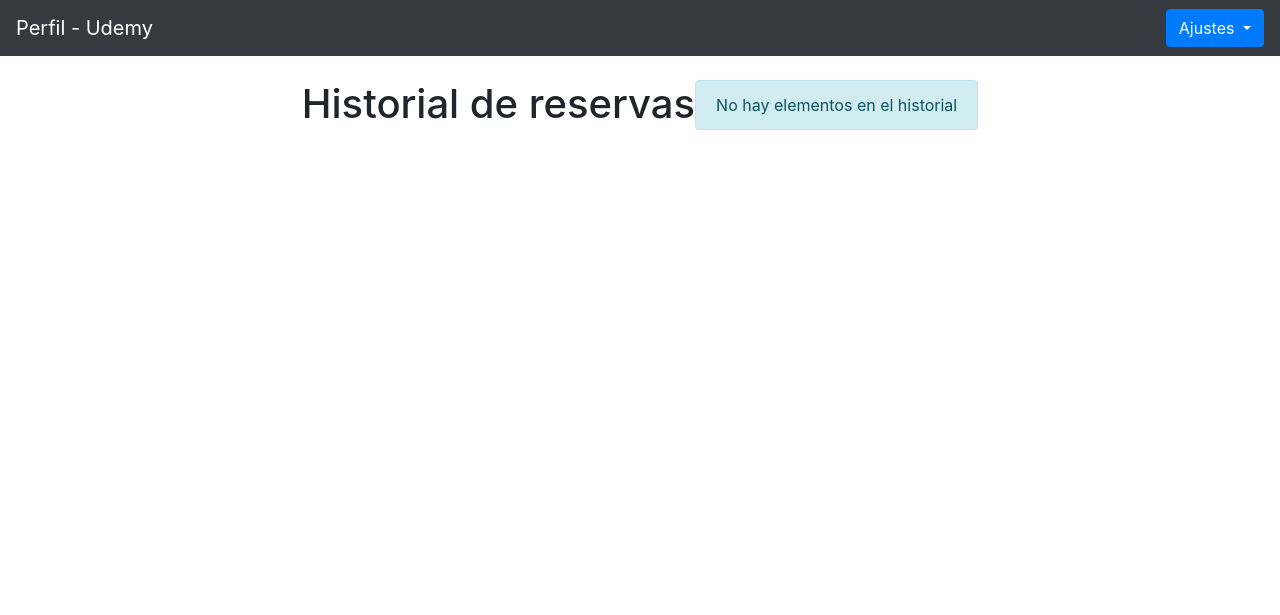
Repository: Enrique-git-hub/curso-java
Page: Workspace/LibreriaUdemy/src/main/webapp/profile.html
The author's editor kept a copy of each file at every save. The page is drawn from the files as they stood at one save, then again after the next save.
The browser window is 1280 px wide. The pictures show the whole page.

Above is the page before, as saved 2025-03-20 08:27:10.

After the next save:
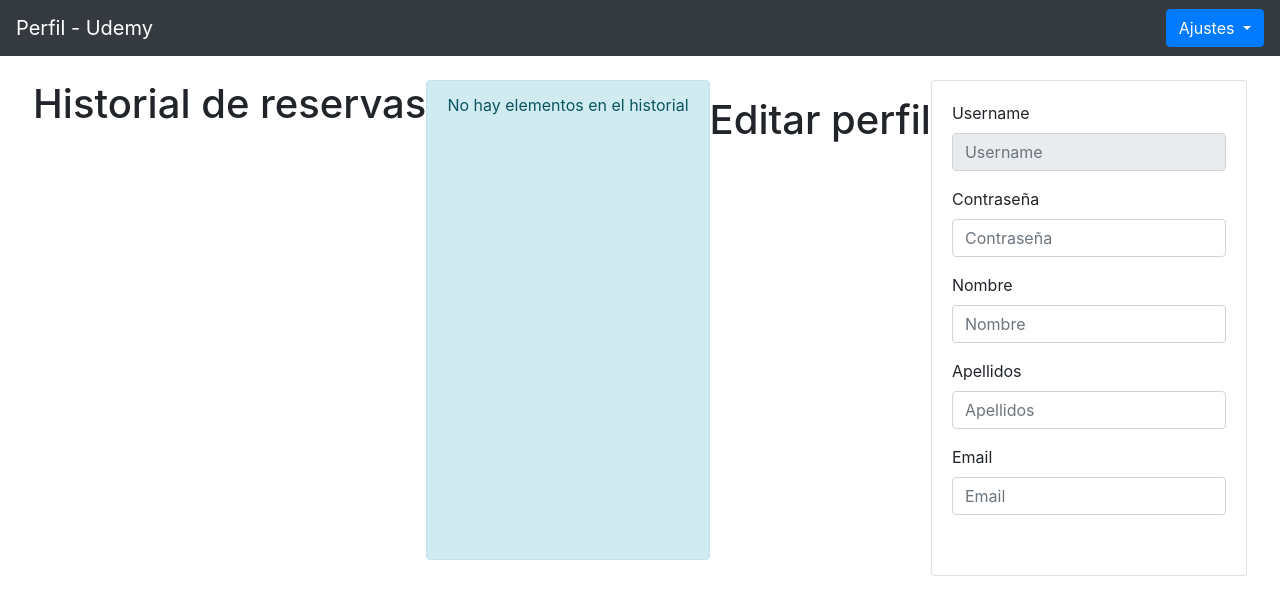
Saved 13 min 44 s later.
--- a/Workspace/LibreriaUdemy/src/main/webapp/profile.html
+++ b/Workspace/LibreriaUdemy/src/main/webapp/profile.html
@@ -53,6 +53,34 @@
 		</tbody>
 	</table>
 	<div id="historial-vacio" class="alert alert-info" role="alert">No hay elementos en el historial</div>
+	<h1 class="mt-3">Editar perfil</h1>
+
+	<div class="card" id="form-container">
+		<div class="card-body">
+			<form method="GET" id="form-modificar" class="pb-4">
+				<div class="form-group">
+					<label for="input-username">Username</label>
+					<input type="text" class="form-control disabled" id="input-username" placeholder="Username" readonly>
+				</div>
+				<div class="form-group">
+					<label for="input-contrasena">Contraseña</label>
+					<input type="password" class="form-control" id="input-password" placeholder="Contraseña" required>
+				</div>
+				<div class="form-group">
+					<label for="input-nombre">Nombre</label>
+					<input type="text" class="form-control" id="input-nombre" placeholder="Nombre" required>
+				</div>
+				<div class="form-group">
+					<label for="input-apellidos">Apellidos</label>
+					<input type="text" class="form-control" id="input-apellidos" placeholder="Apellidos" required>
+				</div>
+				<div class="form-group">
+					<label for="input-email">Email</label>
+					<input type="text" class="form-control" id="input-email" placeholder="Email" required>
+				</div>
+			</form>
+		</div>
+	</div>
 	</main>
 
 </body>
